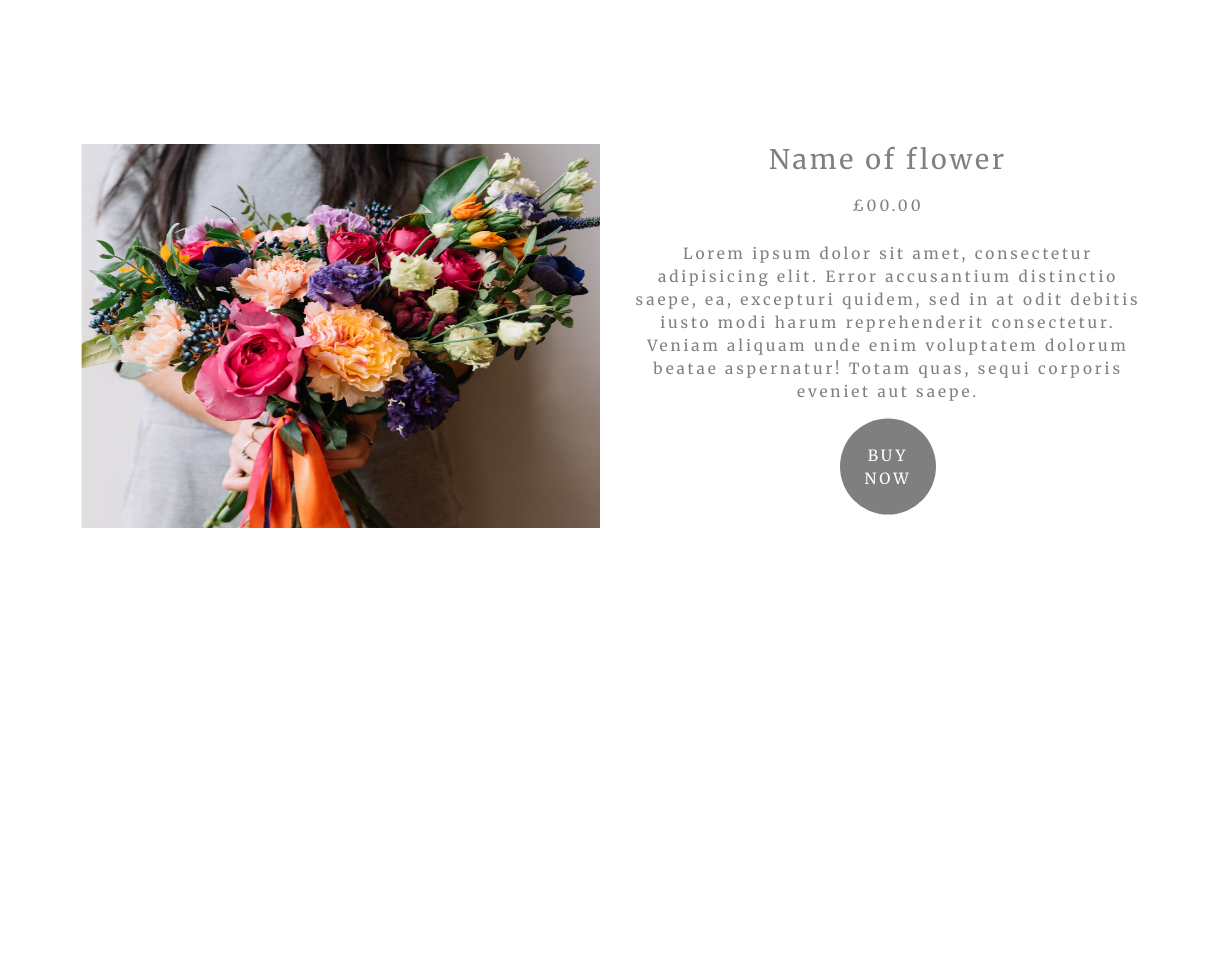
Repository: GarySimons/One-Milestone-Project
Page: assets/flower1.html
The author's editor kept a record of every edit. The page is drawn from the files as they stood at one moment, then again after the next edit.
The browser window is 1280 px wide. The pictures show the whole page, at 96% of full size.

Above is the page before.

### assets/flower1.html
<!DOCTYPE html>
<html lang="en">

<head>
  <meta charset="UTF-8">
  <meta name="viewport" content="width=device-width, initial-scale=1.0">
  <meta http-equiv="X-UA-Compatible" content="ie=edge">
  <link rel="stylesheet" href="https://stackpath.bootstrapcdn.com/bootstrap/4.3.1/css/bootstrap.min.css" type="text/css" />
  <link rel="stylesheet" href="https://stackpath.bootstrapcdn.com/font-awesome/4.7.0/css/font-awesome.min.css" type="text/css" />
  <link rel="stylesheet" href="https://cdnjs.cloudflare.com/ajax/libs/hover.css/2.3.1/css/hover-min.css" type="text/css" />
  <link rel="stylesheet" href="style.css" type="text/css" />
  <title>Wild Bunch Florist</title>
</head>

<body>
  <div class="container flowercontainer">
    <div class="row">
      <div class="col-sm-12 col-md-6 FlowerImage">
        <img src="images/flower1.jpg" width="100%" height="400px" alt="Flower1">
      </div>
      <div class="col-sm-12 col-md-6 ">
        <h3 class="flower-text">Name of flower</h3>
        <p class="flower-text">
          £00.00
        </p>
        <p class="FlowerText">
          Lorem ipsum dolor sit amet, consectetur adipisicing elit. Error accusantium distinctio saepe, ea, excepturi quidem, sed in at odit debitis iusto modi harum reprehenderit consectetur. Veniam aliquam unde enim voluptatem dolorum beatae aspernatur! Totam
          quas, sequi corporis eveniet aut saepe.
        </p>
        <button type="button" class="btn btn-light buy-button">BUY NOW</button>
      </div>
    </div>
  </div>
  </div>
  </div>
</body>


  <!-- Modal -->

  <div class="modal" tabindex="-1" role="dialog" id="BuyFlowers">
  <div class="modal-dialog" role="document">
    <div class="modal-content">
      <div class="modal-header">
        <h5 class="modal-title">Modal title</h5>
        <button type="button" class="close" data-dismiss="modal" aria-label="Close">
          <span aria-hidden="true">&times;</span>
        </button>
      </div>
      <div class="modal-body">
        <p>Modal body text goes here.</p>
      </div>
      <div class="modal-footer">
        <button type="button" class="btn btn-secondary" data-dismiss="modal">Close</button>
        <button type="button" class="btn btn-primary">Save changes</button>
      </div>
    </div>
  </div>
</div>

</body>



</html>

### assets/style.css
@import url('https://fonts.googleapis.com/css?family=Merriweather&display=swap:100,200,300,400,500,600,700');


/* General */

body {
    font-family: 'Merriweather', serif;
    font-weight: 300;
    color: #808080;
    letter-spacing: 3px;
}

.body {
    font-family: 'Merriweather', serif;
    font-weight: 300;
    color: #808080;
}

.white-text {
    color: #fff;
}

.intro-container {
    height: 100vh;

    position: relative;

    background: url(./images/flower_main_big.jpg) no-repeat center center fixed;
    -webkit-background-size: cover;
    -moz-background-size: cover;
    -o-background-size: cover;
    background-size: cover;

    display: flex;
    align-items: center;
    justify-content: center;
}

.shop-container {
    height: 100%;
    padding-top: 30px;
    background-color: #fff;
}

.about-container {
    height: 100%;
    padding-top: 30px;
    background-color: #fff;

    display: flex;
    align-items: center;
    justify-content: center;
}

.contact-container {
    height: 100%;
    padding-top: 40px;
    padding-bottom: 0px;
    padding-left: 35px;
    padding-right: 35px;
    background-color: #808080;
}

.social-container {
    padding-top: 0px;
    padding-bottom: 20px;
    background-color: #fff;
}

.space-container {
    height: 100%;
    background-color: #fff;
    text-align: center;
    padding-top: 30px;
    padding-bottom: 30px;
}

.flower-logo {
    height: 5px;
    width: 20px;
}

/* Navbar */

.nav-container {
    position: absolute;
    top: 0;
    left: 0;
    padding-left: 0;
    padding-right: 0;
    z-index: 1;
}

.navbar {
    margin-bottom: 0;
    border: 0;
    width: 100%;
    background-color: rgba(0,0,0,0.5);
}

.navbar .navbar-toggler {
    border: 0;
}

/* Home Page */

.intro {
    font-family: 'Merriweather', serif;
    font-weight: 300;
    color: #fff;
    text-align: center;
    letter-spacing: 3px;
}

.round-button {
    height: 100px;
    width: 100px;
    border-radius: 50%;
    border: 0;
    color: #fff;
    background-color: rgba(0,0,0,0.5);
    letter-spacing: 3px;
}

.round-button:hover {
    color: #fff;
    background-color: #660066;
    border: 0;
}

/* Shop page */

.Head2 {
    font-family: 'Merriweather', serif;
    font-weight: 300;
    color: #808080;
    text-align: center;
    letter-spacing: 3px;
}

.subhead {
    font-family: 'Merriweather', serif;
    font-size: 20px;
    font-weight: 300;
    color: #808080;
    text-align: center;
    letter-spacing: 3px;
}

.flower {
    padding-bottom: 30px;
    font-family: 'Merriweather', serif;
    font-weight: 700;
    color: #808080;
    text-align: center;
    font-size: 12px;
    letter-spacing: 3px;
}

.flower-prices {
    font-family: 'Merriweather', serif;
    font-weight: 100;
    color: #808080;
    text-align: center;
    font-size: 3px;
    padding-bottom: 10px;
    letter-spacing: 3px;
}

#flower01 {

}

/* Contact Us */

#email {

    color: #fff;
    text-decoration: none;
}

#map {
     width: 100%;
     height: 400px;
     font-size: 40px;
}

/* Footer Social */

footer {
    background-color: #fff;
    color: #fff;
    text-align: center;
    min-height: 60px;
    margin: 0;
}


.social-links {
    padding-top: 35px;
    padding-bottom: 15px;
    color: #808080;
}

.social-links li a i {
    width: 40px;
    height: 40px;
    padding: 20px 10px;
    border-radius: 50%;
    font-size: 25px;
    line-height: 4px;
    text-align: center;
    color: #fff;
    background: #808080;

}

.social-links li a i:hover {
    background: #660066;
}

/* Flower Pages */

.modal-content {
    padding: 10px;
    background-color: #fff;
}


.flower-image {
    padding-bottom: 50px;
    align-items: center;
    justify-content: center;
}

.flowercontainer {
    padding-top: 150px;
    height: 1000px;
    position: relative;
    background-color: #fff;
    text-align: center;
}

.flower-text{
    padding-bottom: 10px;
    text-decoration: none;
    font-family: 'Merriweather', serif;
    font-weight: 300;
    color: #808080;
    text-align: center;
    letter-spacing: 3px;
}

.buy-button {
    height: 100px;
    width: 100px;
    border-radius: 50%;
    border: 0;
    color: #fff;
    background-color: rgba(0,0,0,0.5);
    letter-spacing: 3px;
}

.buy-button:hover {
    color: #fff;
    background-color: #660066;
    border: 0;
}

After the next edit:
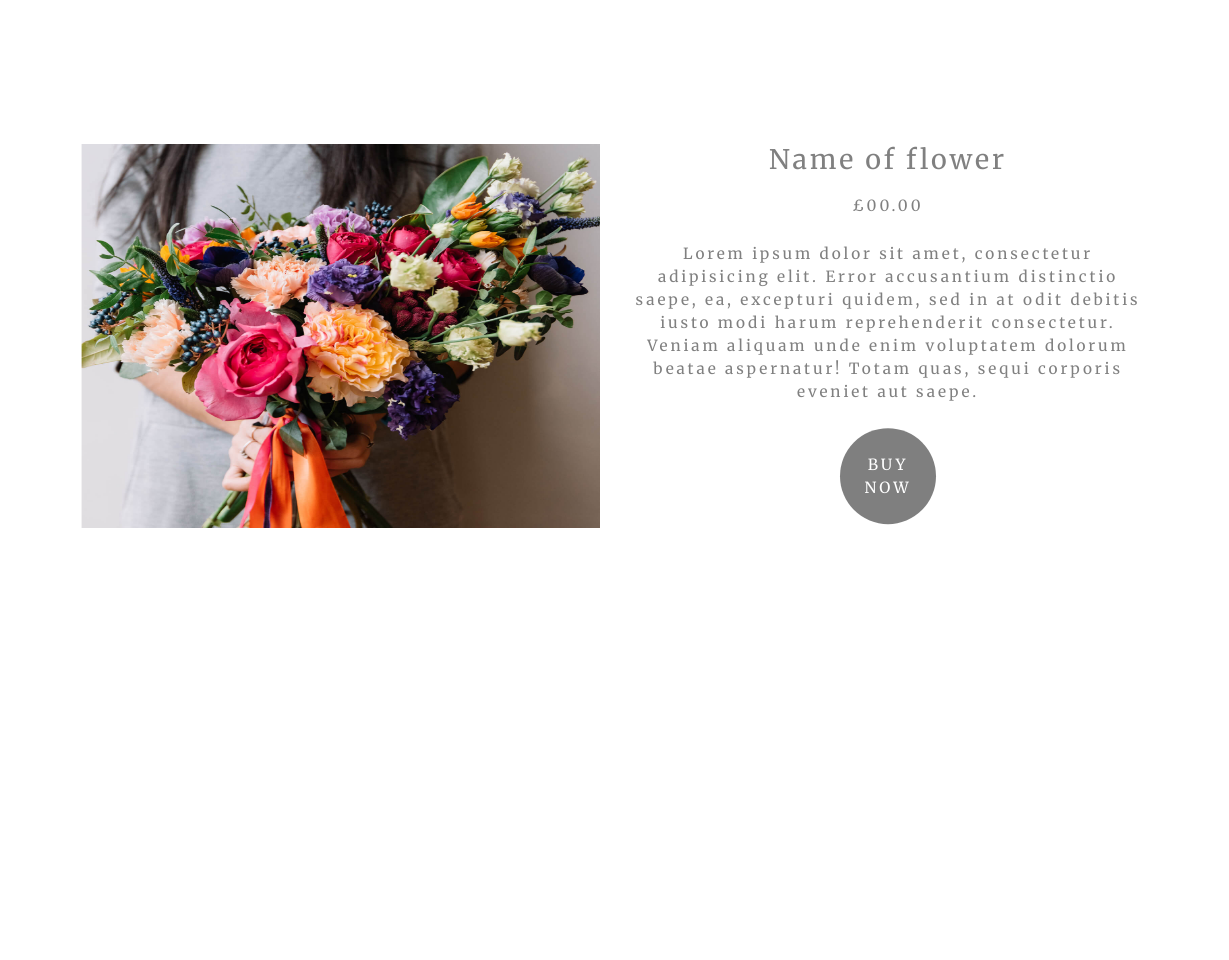
The edit:
--- a/assets/flower1.html
+++ b/assets/flower1.html
@@ -23,7 +23,7 @@
         <p class="flower-text">
           £00.00
         </p>
-        <p class="FlowerText">
+        <p class="flower-text">
           Lorem ipsum dolor sit amet, consectetur adipisicing elit. Error accusantium distinctio saepe, ea, excepturi quidem, sed in at odit debitis iusto modi harum reprehenderit consectetur. Veniam aliquam unde enim voluptatem dolorum beatae aspernatur! Totam
           quas, sequi corporis eveniet aut saepe.
         </p>
